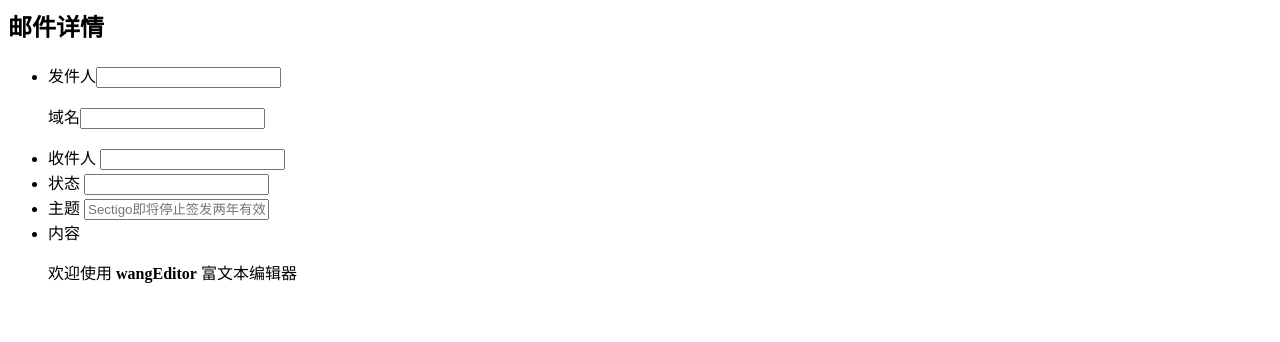
Repository: wangyan466393/racentSystem
Page: emailDetail.html
An editor plug-in stored every save of this project. The page is shown before and after the next save, followed by the edit.
The browser window is 1280 px wide. The pictures show the whole page.

Above is the page before, as saved 2020-08-12 10:07:15.

After the next save:
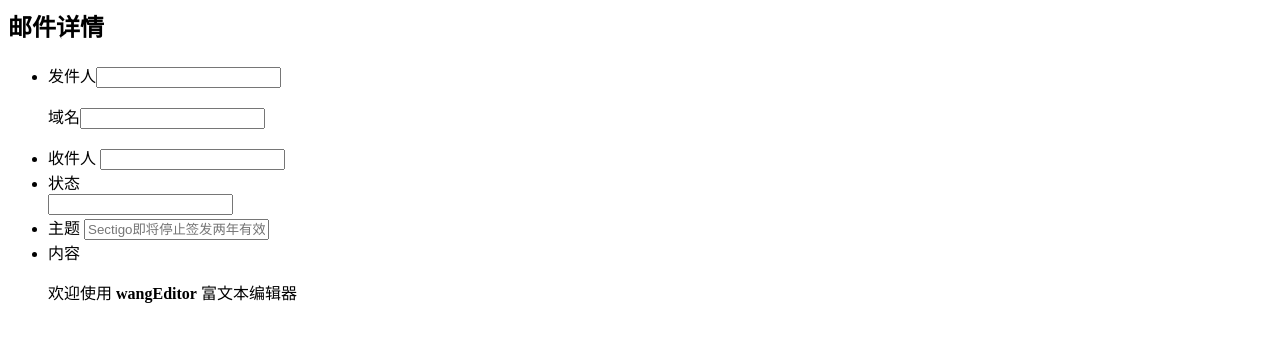
Saved 57 s later.
--- a/emailDetail.html
+++ b/emailDetail.html
@@ -21,7 +21,10 @@
             </li>
             <li>
                 <span>状态</span>
-                <input type="text" >
+                <div>
+                    <input type="text" >
+                </div>
+
             </li>
             <li>
                 <span>主题</span>
